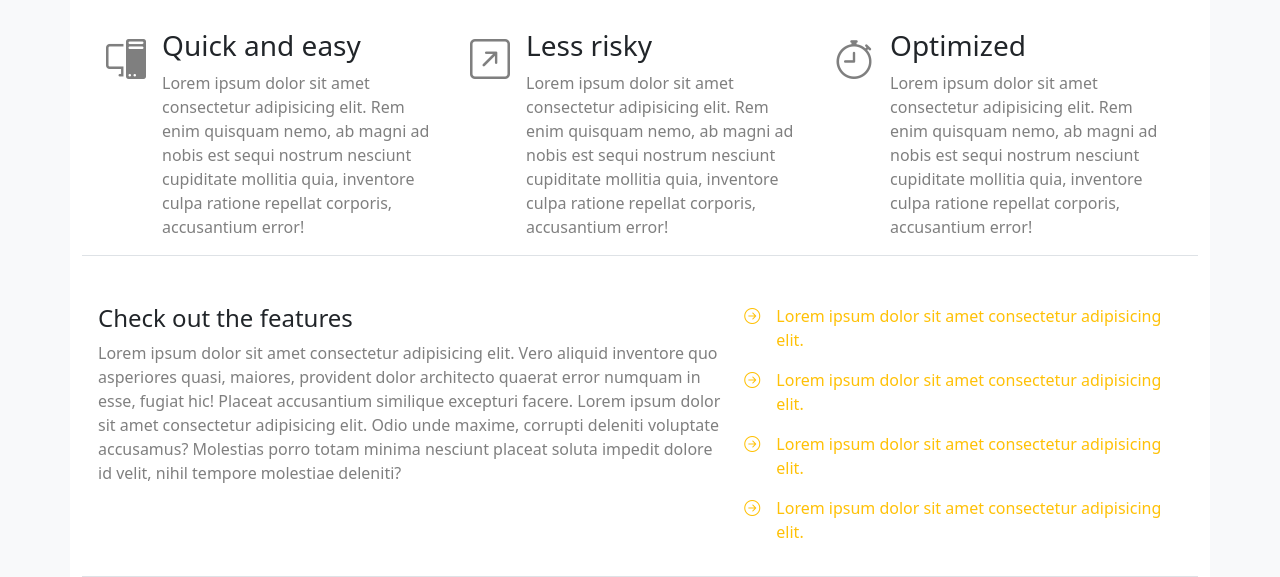
Repository: lyvandat/dh---bootstrap1
Page: index.html
An editor plug-in stored every save of this project. The page is shown before and after the next save, followed by the edit.
The browser window is 1280 px wide. The pictures show the part of the page from y = 545 to 1122 px (the page is 1122 px tall).
A picture or video elsewhere on the page could not be fetched, so the positions and the page height are approximate. Some web libraries are served in a nearby version.

Above is the page before, as saved 2022-11-01 20:59:39.

After the next save:
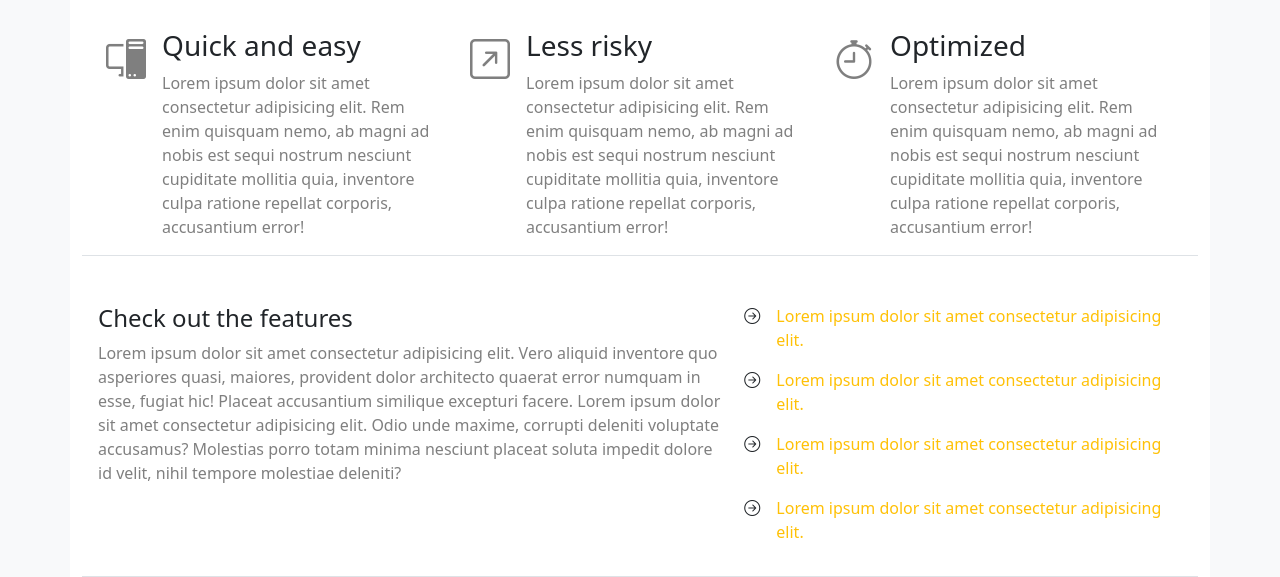
Saved 32 s later.
--- a/index.html
+++ b/index.html
@@ -106,21 +106,21 @@
       <section class="row px-3 ">
         <div class="col-7"><h4>Check out the features</h4><p class="text-black-50 fw-medium">Lorem ipsum dolor sit amet consectetur adipisicing elit. Vero aliquid inventore quo asperiores quasi, maiores, provident dolor architecto quaerat error numquam in esse, fugiat hic! Placeat accusantium similique excepturi facere. Lorem ipsum dolor sit amet consectetur adipisicing elit. Odio unde maxime, corrupti deleniti voluptate accusamus? Molestias porro totam minima nesciunt placeat soluta impedit dolore id velit, nihil tempore molestiae deleniti?</p></div>
         <ul class="col-5">
-          <li class="text-warning fs-6 d-flex">
+          <li class="fs-6 d-flex">
             <i class="bi bi-arrow-right-circle"></i>
-            <p class="ms-3">Lorem ipsum dolor sit amet consectetur adipisicing elit.</p>
+            <p class="text-warning ms-3">Lorem ipsum dolor sit amet consectetur adipisicing elit.</p>
           </li>
-          <li class="text-warning fs-6 d-flex">
+          <li class="fs-6 d-flex">
             <i class="bi bi-arrow-right-circle"></i>
-            <p class="ms-3">Lorem ipsum dolor sit amet consectetur adipisicing elit.</p>
+            <p class="text-warning ms-3">Lorem ipsum dolor sit amet consectetur adipisicing elit.</p>
           </li>
-          <li class="text-warning fs-6 d-flex">
+          <li class="fs-6 d-flex">
             <i class="bi bi-arrow-right-circle"></i>
-            <p class="ms-3">Lorem ipsum dolor sit amet consectetur adipisicing elit.</p>
+            <p class="text-warning ms-3">Lorem ipsum dolor sit amet consectetur adipisicing elit.</p>
           </li>
-          <li class="text-warning fs-6 d-flex">
+          <li class="fs-6 d-flex">
             <i class="bi bi-arrow-right-circle"></i>
-            <p class="ms-3">Lorem ipsum dolor sit amet consectetur adipisicing elit.</p>
+            <p class="text-warning ms-3">Lorem ipsum dolor sit amet consectetur adipisicing elit.</p>
           </li>
         </ul>
       </section>
